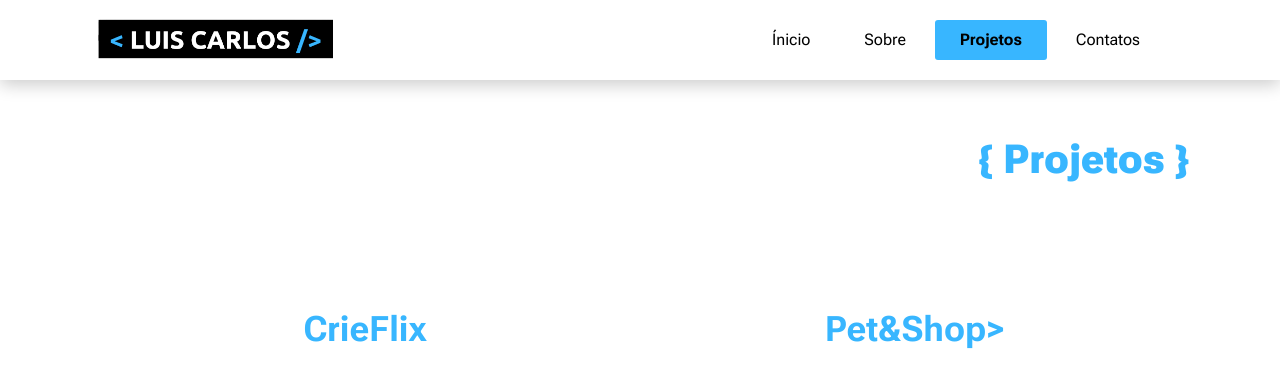
Repository: Iluiscarlos/SitePortifolio
Page: projects.html
An editor plug-in stored every save of this project. The page is shown before and after the next save, followed by the edit.
The browser window is 1280 px wide. The pictures show the whole page.
Some web libraries are served in a nearby version.

Above is the page before, as saved 2022-05-25 21:20:00.

### projects.html
<!DOCTYPE html>
<html lang="pt-BR">

<head>
    <meta charset="UTF-8">
    <meta name="viewport" content="width=device-width, initial-scale=1.0">
    <meta http-equiv="X-UA-Compatible" content="ie=edge">
    <title>Luís Carlos</title>
    <link rel="stylesheet" href="Styles/base/reset.css">
    <link rel="stylesheet" href="Styles/base/variables.css">
    <link rel="stylesheet" href="Styles/base/base.css">
    <link rel="stylesheet" href="Styles/layout/header.css">
    <link rel="stylesheet" href="Styles/layout/about.css">
    <link rel="stylesheet" href="Styles/layout/projects.css">
    <link rel="stylesheet" href="Styles/layout/footer.css">
    <link rel="stylesheet" href="Styles/components/icon.css">
    <script src="https://kit.fontawesome.com/2c48374459.js" crossorigin="anonymous"></script>
    <link rel="preconnect" href="https://fonts.googleapis.com">
    <link rel="preconnect" href="https://fonts.gstatic.com" crossorigin>
    <link
        href="https://fonts.googleapis.com/css2?family=Roboto+Flex:opsz,wght@8..144,100;8..144,200;8..144,300;8..144,400;8..144,500;8..144,600;8..144,700;8..144,800;8..144,900&display=swap"
        rel="stylesheet">
</head>

<body>
    <header class="header">
        <div class="container">
            <img src="icons/logo.png" class="header__logo">
            <nav class="menu__item">
                <a href="index.html" class="menu__item">Ínicio</a>
                <a href="about.html" class="menu__item">Sobre</a>
                <a href="projects.html" target="_self" class=" menu__item menu__item--active">Projetos</a>
                <a href="contacts.html" class="menu__item">Contatos</a>
            </nav>
        </div>
    </header>
    <main class="container">
        <h1 class="about__tittle">{ Projetos }</h1>
        <section class="projects">
            <div class="projects__list">
                <b class="bold__blue">CrieFlix</b>
            </div>
            <div class="projects__list">
                <b class="bold__blue">Pet&Shop></b>
            <div class="projects__description">

            </div>
        </section>
    </main>
</body>

</html>

### Styles/base/variables.css
:root{
    --color-red: #F41B3B;
    --color-green: #1EBC99;
    --color-blue: #38b6ff;
    --color-blue1: #0058dd;
    --color-purple:#6b009d;
    --color-yellow: #F9CC0D;
    --color-white: #ffffff;
    --color-black: #000000;
    --color-black1: #333;
    --color-darken-gray: #363536;
    --color-light-gray: #807E81;
    --color-gray: #4f4e50;
    --color-fa: #fafafa;
    --color-ea: #eaeaea;
    --color-cece: #cecece;

--font-family-Roboto:"Roboto Flex", 'Sans serif';
--font-size-default: 16px;
--border-radius-default:3px;

--font-family-primary: var(--font-family-Roboto);
}

### Styles/base/base.css
body {
    font-family: var(--font-family-primary);
    font-size: var(--font-size-default);
    background-color:  var(--color-white);
    color: var(--color-black1);
}


.divisor{
    size: 1;
    width: 100%;
}

.container {
    width: 1100px;
    max-width: 100%;
    margin-left: auto;
    margin-right: auto;
    margin-bottom: 60px;
  }

### Styles/layout/header.css
.header{
    position: fixed;
    height: 80px;
    font-size: 16px;
    background-color: var(--color-white);
    box-shadow: 0 5px 1em #cecece;
    top: 0;
    left: 0;
    right: 0;
}

.header .container{
    display: flex;
    align-items: center;
    height: 100%;
}
.menu__item{
    display: inline-block;
    padding: 0 25px 0;
    text-decoration: none;
    /*border-right: 2px solid var(--color-blue);*/
    color: var(--color-black);
    margin-left: auto;
}

.menu__item--active{
    color: var(--color-black);
    display: inline-block;
    text-align: center;
    font-weight: bold;
    line-height: 40px;
    border-radius: 3px;
    background: var(--color-blue);
}

/*.menu__item:last-child{
    border-right: none;
}*/

.header__logo{
    width: 250px;
}


@media only screen and (max-width: 480px){
    .header{
    display: block;
    position: fixed;
    top: 60px;
    left: 0;
    right: 0;
    bottom: 0;
    background-color: pink;
    transform: translateX(-100%);

}


    .header__menu::-webkit-scrollbar{
        width: 0;
        height: 0;
    }

    .menu__item{
        display: block;
        margin: 20px 0;
    }

}

### Styles/layout/about.css
.about{
    display: flex;
}

.about__photo{
    width: 400px;
    height: 500px;
    padding-top: 280px;
    padding-right: 50px;
    vertical-align: middle;
    object-fit: cover;
}


.about__tittle{
    color: var(--color-blue);
    font-size: 40px;
    font-weight:900;
    padding-top: 140px;
    text-align: end;
}


.about__content{
    font-family: var(--font-family-primary);
    font-size: 18px;
    padding-top: 30px;
    text-align: justify;
    line-height: 1.25;
}


a{
    text-decoration: none;
}

.bold__blue{
    font-weight: bold;
    color: var(--color-blue);
}

.bold__black{
    font-weight: bold;
    color: var(--color-black);
}


.experience{
    display: flex;
    flex-direction: column;
}

.subtitle{
    color: var(--color-blue);
    font-size: 40px;
    font-weight:500;
    padding-top: 25px;
    text-align: center;
    vertical-align:top;
}

.experience__list{
    text-align: justify;
    font-size: 18px;
    font-weight: 400;
    line-height: 25px;
}

.experience__edu{
    text-align: justify;
    font-size: 18px;
    font-weight: 400;
    line-height: 25px;
}

### Styles/layout/projects.css
.projects{
    display: flex;

    margin-top: 100px;

}

.projects__list{
    width: 50%;
    font-size: 35px;
    text-align: center;
    line-height: 100px;
}

.projects__description{
    width: 50%;
    text-align: center;

}

### Styles/layout/footer.css
footer{
display: block;
background-color: var(--color-black);
}

.andress {
    display: flex;
    height: 350px;
    color: var(--color-white);
    align-items: center;
    justify-content: space-between;
    padding-left: 100px;
}


.andress__contacts{
    display: block;
    font-size: var(--font-size-default);
    line-height: 60px;
}

.andress__contacts-tittle{
    color: var(--color-blue);
    font-size: 28px;
    font-weight: 900;

}


.contacts{
    display: block;
    text-decoration: none;
    color: var(--color-white);
}

.andress__rede{
    display: block;
    font-size: 20px;
    padding-left: 150px;
    padding-right: 100px;
}

.andress__add{
    line-height: 25px;
    padding-left: 100px;
    text-align:center;
}


.footer__copy{
    display: flex;
    height: 60px;
    font-size: var(--font-size-default);
    color: var(--color-white);
    text-align: center;
    justify-content:center;
    align-items: center;
}

### Styles/components/icon.css
.icon__large{
    font-size: 4em;
    color: var(--color-blue1);
    text-align: center;
}

.icon__large:last-child{
    text-align: end;
}

.social .icon__large{
    color: var(--color-white);
}

.icon__medium{
    text-decoration: none;
    font-size: 2em;
    color: var(--color-white);
    letter-spacing: 15px;
}

.icon__small{
    text-decoration: none;
    text-align: end;
    font-size: 1em;
    color: var(--color-blue);
    letter-spacing: 7px;
}

.icon__small i:hover{
    transform: translateX(1px) rotate(10deg) translateY(0.3px) scale(1.2);
    transition-duration: 1000ms;
}

.icon__medium i:hover{
    transform: translateX(1px) rotate(10deg) translateY(0.3px) scale(1.2);
    transition-duration: 1000ms;
}

Loaded but not shown: Styles/base/reset.css (common file)

After the next save:
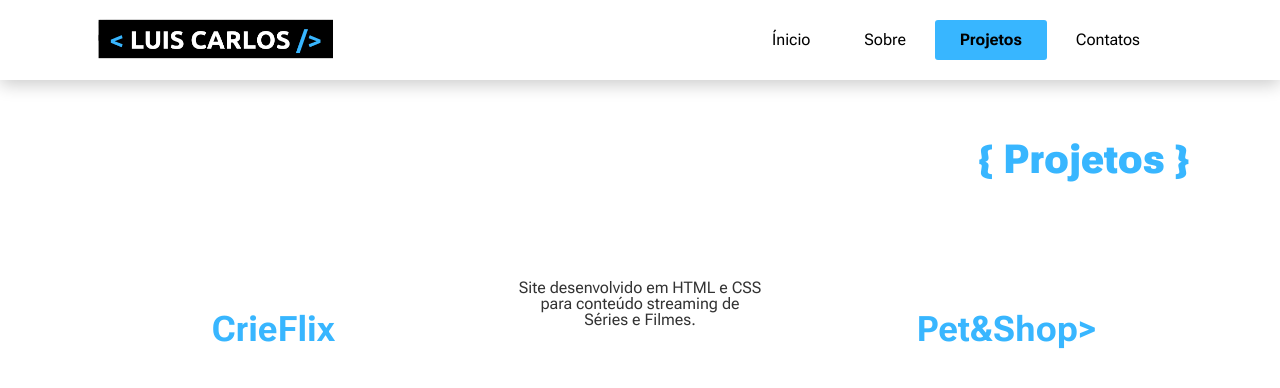
Saved 5 min 33 s later.
--- a/projects.html
+++ b/projects.html
@@ -40,11 +40,14 @@
             <div class="projects__list">
                 <b class="bold__blue">CrieFlix</b>
             </div>
+            <div class="projects__description">
+                <p>Site desenvolvido em HTML e CSS<br>
+                    para conteúdo streaming de<br>
+                    Séries e Filmes.</p>
+                </p>
+            </div>
             <div class="projects__list">
                 <b class="bold__blue">Pet&Shop></b>
-            <div class="projects__description">
-
-            </div>
         </section>
     </main>
 </body>
